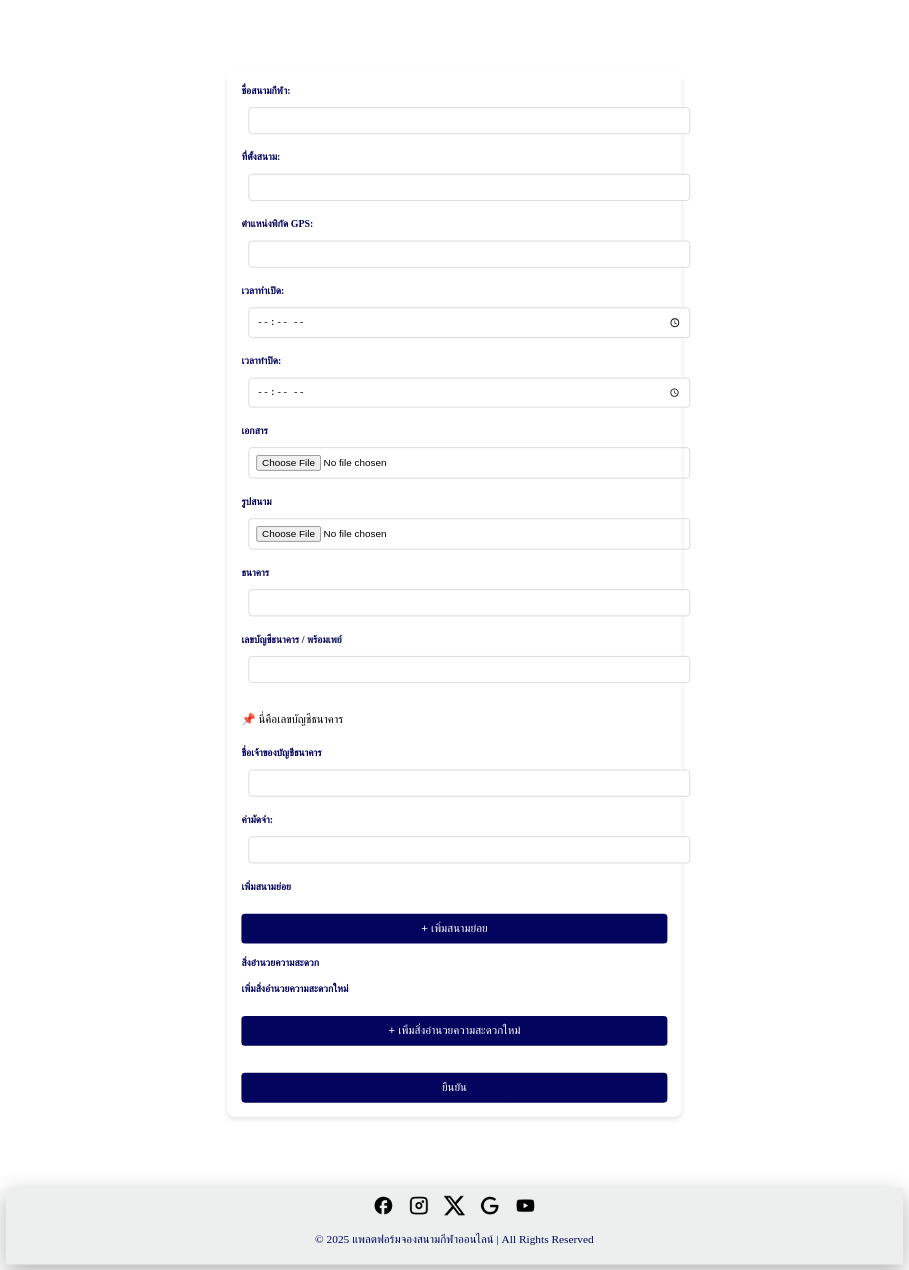
Repository: narawit101/project2
Page: /register-field (app in frontend/)
These files come from the project's save history. The page is drawn as it stood at one moment and after the next save; the edit follows.
The browser window is 1280 px wide. The pictures show the whole page, at 71% of full size.
The page's requests for data from a server got no answer. The project was rebuilt for these pictures with package versions that can differ from the ones it lists, and the page was loaded fresh each time. The framework's server and built-in components were replaced by stand-ins that run in the browser. No one was signed in, and anything a server would have sent is missing. Also part of the build but not shown: frontend/next.config.js, frontend/next.config.mjs, frontend/src/app/globals.css.

Above is the page before, as saved 2025-03-18 23:54:21.

After the next save:
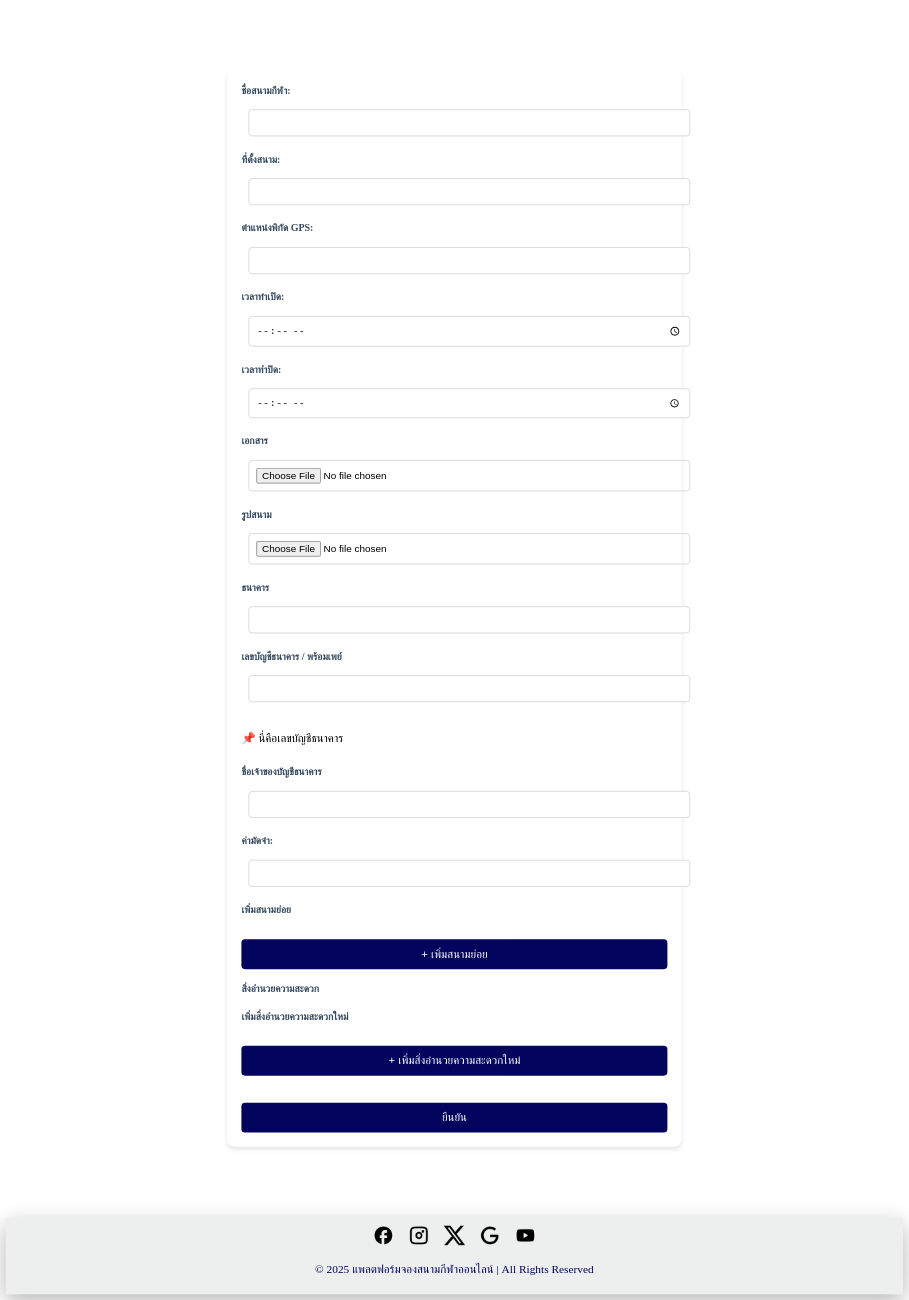
Saved 60 s later.
--- a/frontend/src/app/css/registerFieldForm.css
+++ b/frontend/src/app/css/registerFieldForm.css
@@ -21,6 +21,12 @@
   margin-bottom: 15px;
   text-align: left;
 }
+.input-group label {
+    display: block;
+    font-weight: bold;
+    color: #34495e;
+    margin-bottom: 8px;
+  }
 
 label {
   font-size: 14px;

After the save that followed:
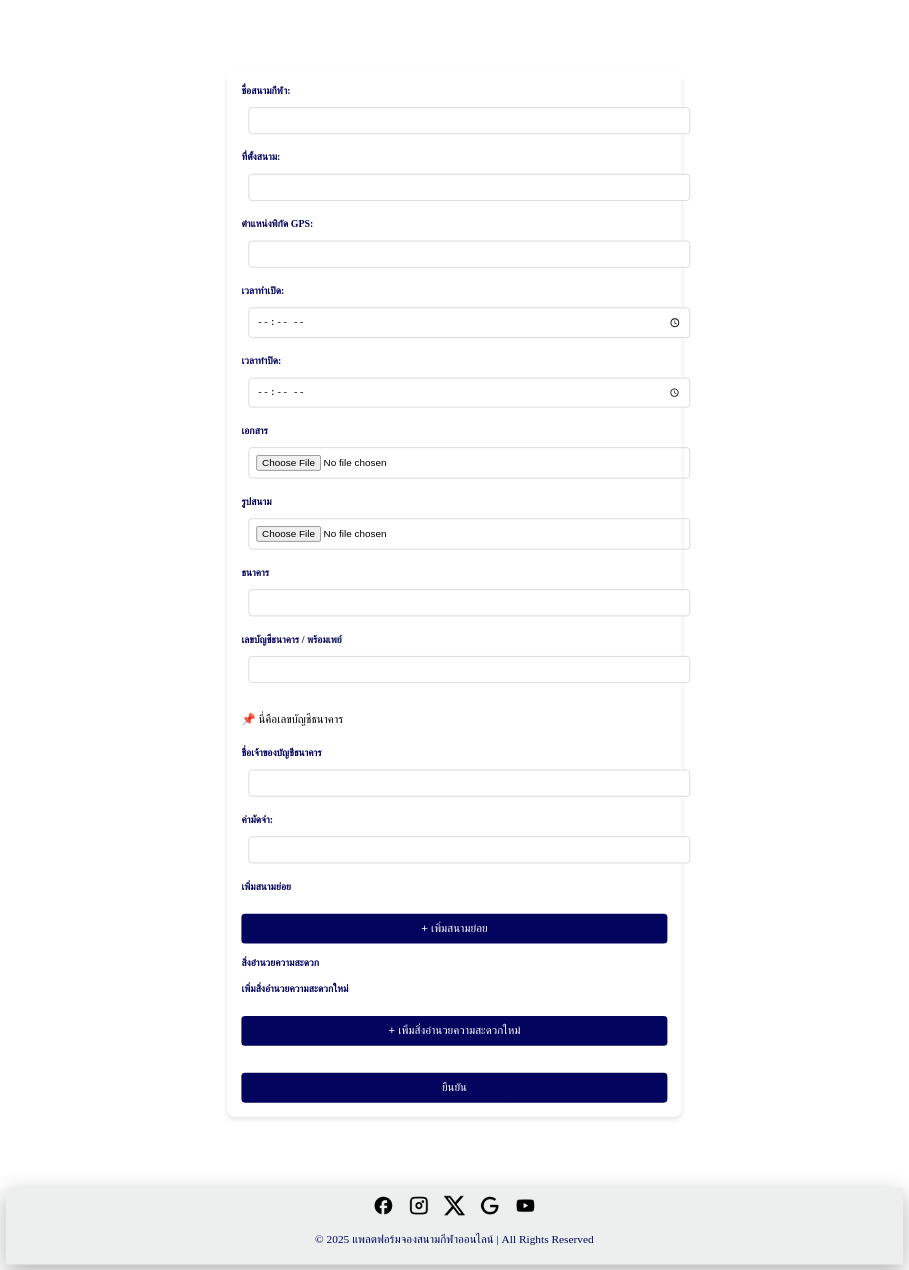
Saved 17 s later.
--- a/frontend/src/app/css/registerFieldForm.css
+++ b/frontend/src/app/css/registerFieldForm.css
@@ -21,12 +21,6 @@
   margin-bottom: 15px;
   text-align: left;
 }
-.input-group label {
-    display: block;
-    font-weight: bold;
-    color: #34495e;
-    margin-bottom: 8px;
-  }
 
 label {
   font-size: 14px;
